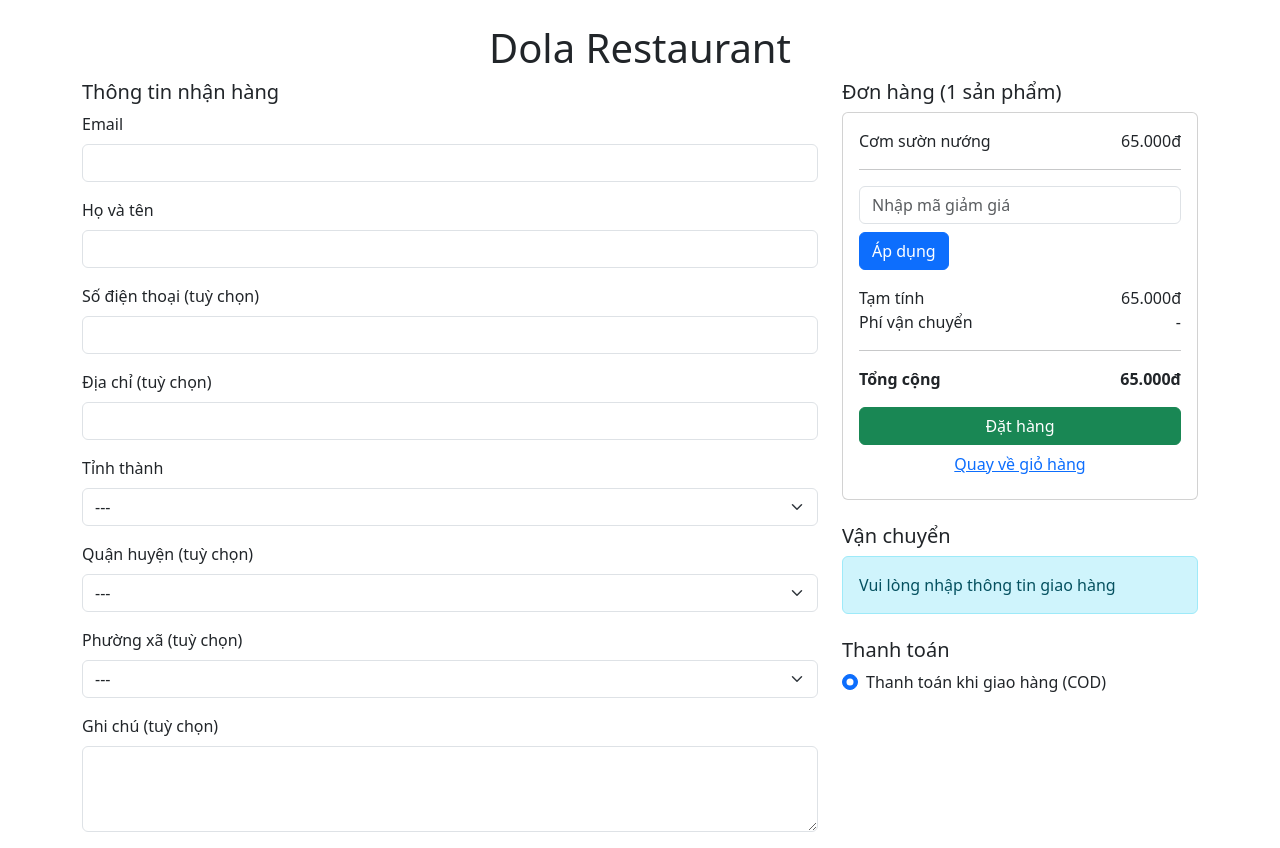
Repository: HoangKhangKhuPho4/Project_Web
Page: payment.html
An editor plug-in stored every save of this project. The page is shown before and after the next save, followed by the edit.
The browser window is 1280 px wide. The pictures show the whole page.

Above is the page before, as saved 2025-01-02 23:13:10.

After the next save:
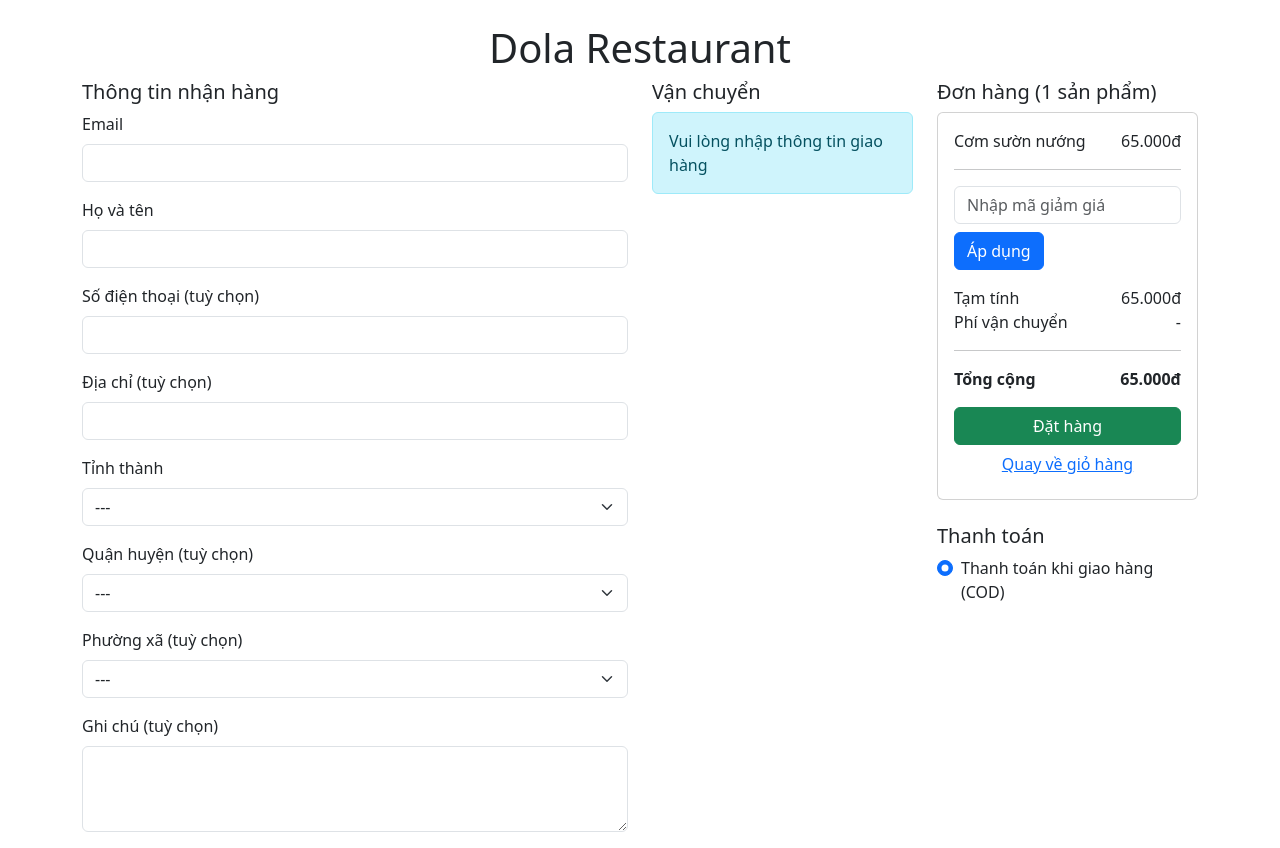
Saved 91 s later.
--- a/payment.html
+++ b/payment.html
@@ -11,7 +11,7 @@
         <h1 class="text-center">Dola Restaurant</h1>
         <div class="row">
             <!-- Form Section -->
-            <div class="col-lg-8">
+            <div class="col-lg-6">
                 <h5>Thông tin nhận hàng</h5>
                 <form>
                     <div class="mb-3">
@@ -60,8 +60,17 @@
                 </form>
             </div>
 
+            <!-- Shipping Section -->
+            <div class="col-lg-3">
+                <h5>Vận chuyển</h5>
+                <div class="alert alert-info" role="alert">
+                    Vui lòng nhập thông tin giao hàng
+                </div>
+                <!-- Bạn có thể thêm các thông tin hoặc tùy chọn vận chuyển ở đây nếu cần -->
+            </div>
+
             <!-- Order Section -->
-            <div class="col-lg-4">
+            <div class="col-lg-3">
                 <h5>Đơn hàng (1 sản phẩm)</h5>
                 <div class="card">
                     <div class="card-body">
@@ -92,14 +101,6 @@
                     </div>
                 </div>
 
-                <!-- Shipping Section -->
-                <div class="mt-4">
-                    <h5>Vận chuyển</h5>
-                    <div class="alert alert-info" role="alert">
-                        Vui lòng nhập thông tin giao hàng
-                    </div>
-                </div>
-
                 <!-- Payment Section -->
                 <div class="mt-4">
                     <h5>Thanh toán</h5>
